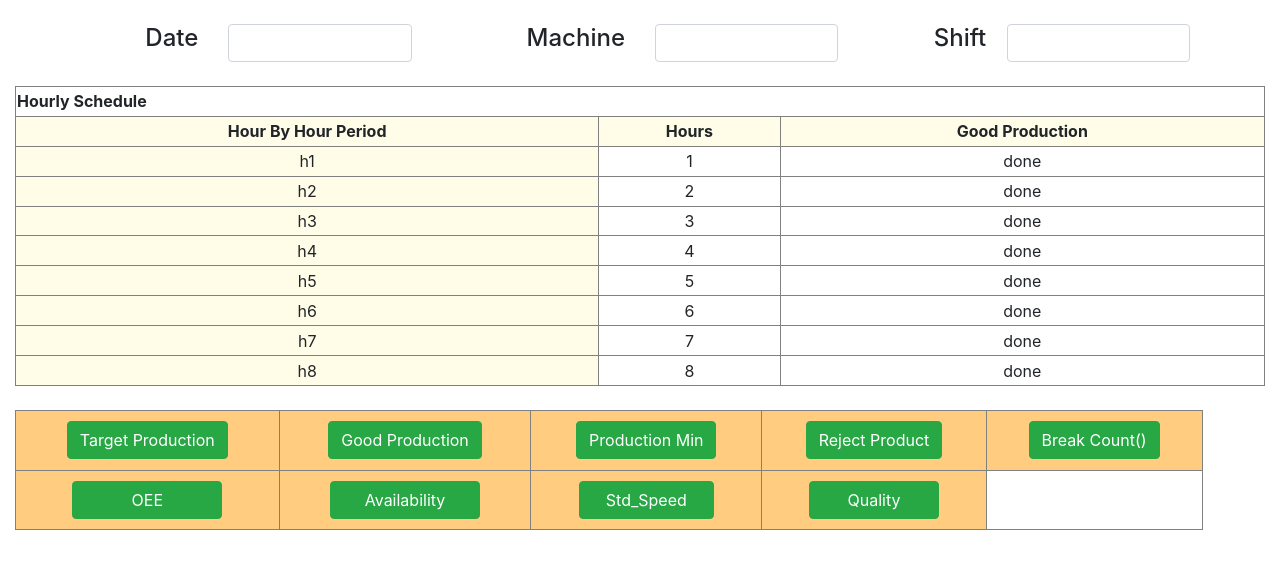
Repository: hisamit97/TVS-Locas
Page: index.html
These files come from the project's save history. The page is drawn as it stood at one moment and after the next save; the edit follows.
The browser window is 1280 px wide. The pictures show the whole page.

Above is the page before, as saved 2020-12-01 11:57:31.

After the next save:
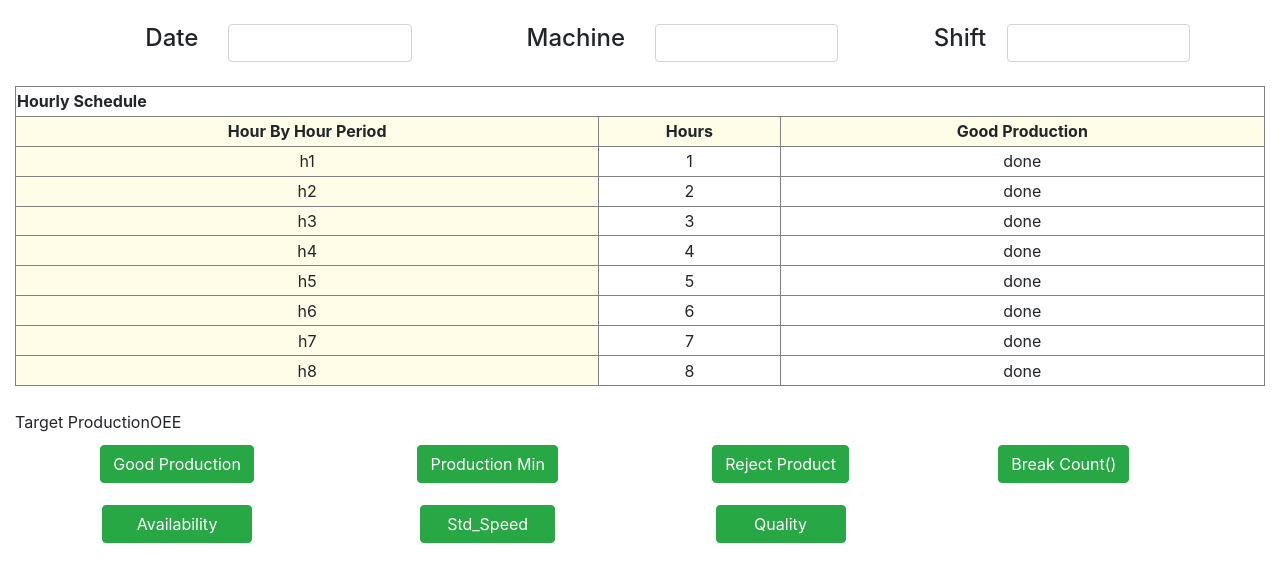
Saved 20 s later.
--- a/index.html
+++ b/index.html
@@ -94,15 +94,15 @@
         <br>
         <div class="row">
             <div class="col-md-12">
-            <table width="95%" border=1 height="120px">
-                <tr style="text-align: center;background:#ffcc80;">
+            <table width="95%"  height="120px">
+                <tr style="text-align: center;>
                     <td><button class="btn btn-success">Target Production</button></td>
                     <td><button class="btn btn-success">Good Production</button></td>
                     <td><button class="btn btn-success">Production Min</button></td>
                     <td><button class="btn btn-success">Reject Product</button></td>
                     <td><button class="btn btn-success">Break Count()</button></td>
                 </tr>
-                <tr style="text-align: center;background:#ffcc80;">
+                <tr style="text-align: center;>
                     <td><button class="btn btn-success" style="width:150px">OEE</button></td>
                     <td><button class="btn btn-success" style="width:150px">Availability</button></td>
                     <td><button class="btn btn-success" style="width:135px">Std_Speed</button></td>
